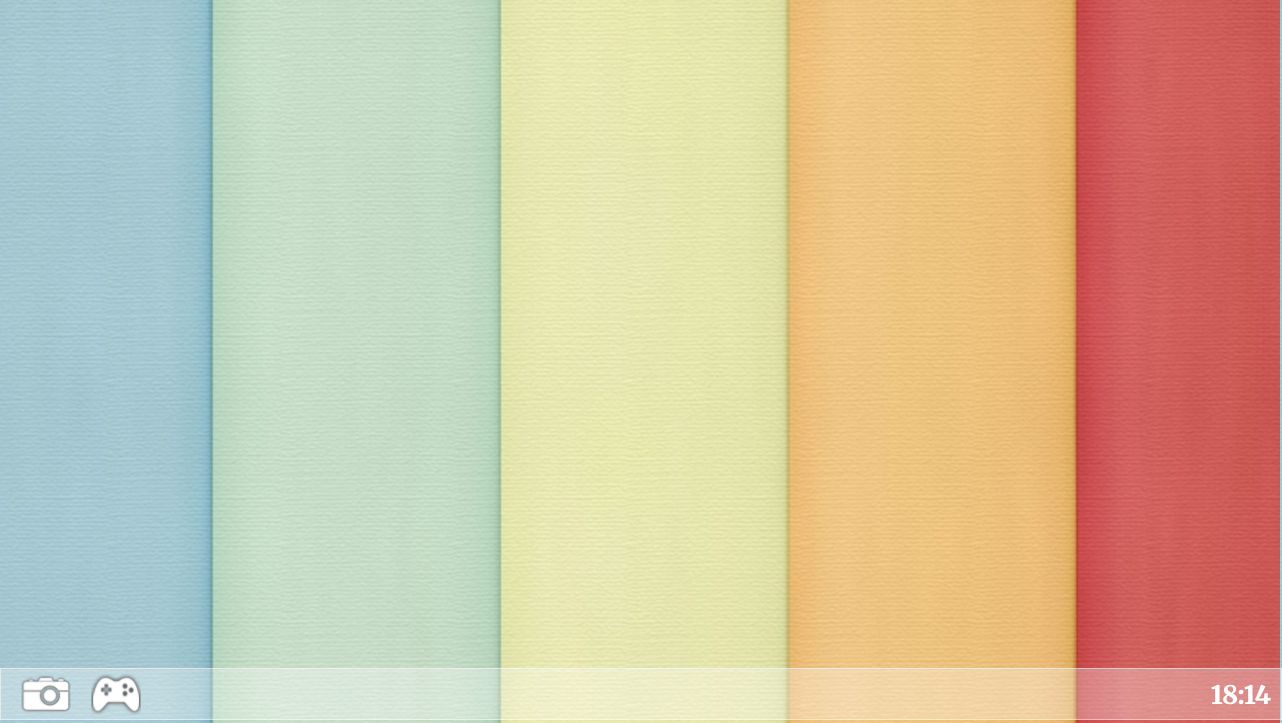
Repository: RebeccaFransson/1dv403-laborationer
Page: 5-pwd/desktop.html
The author's editor kept a record of every edit. The page is drawn from the files as they stood at one moment, then again after the next edit.
The browser window is 1280 px wide. The page is 1282 px wide, so the pictures cover 1282 px, including what lies to the right of the window. The pictures show the whole page.
Some web fonts or font styles are not loaded; a fallback is used.

Above is the page before.

After the next edit:
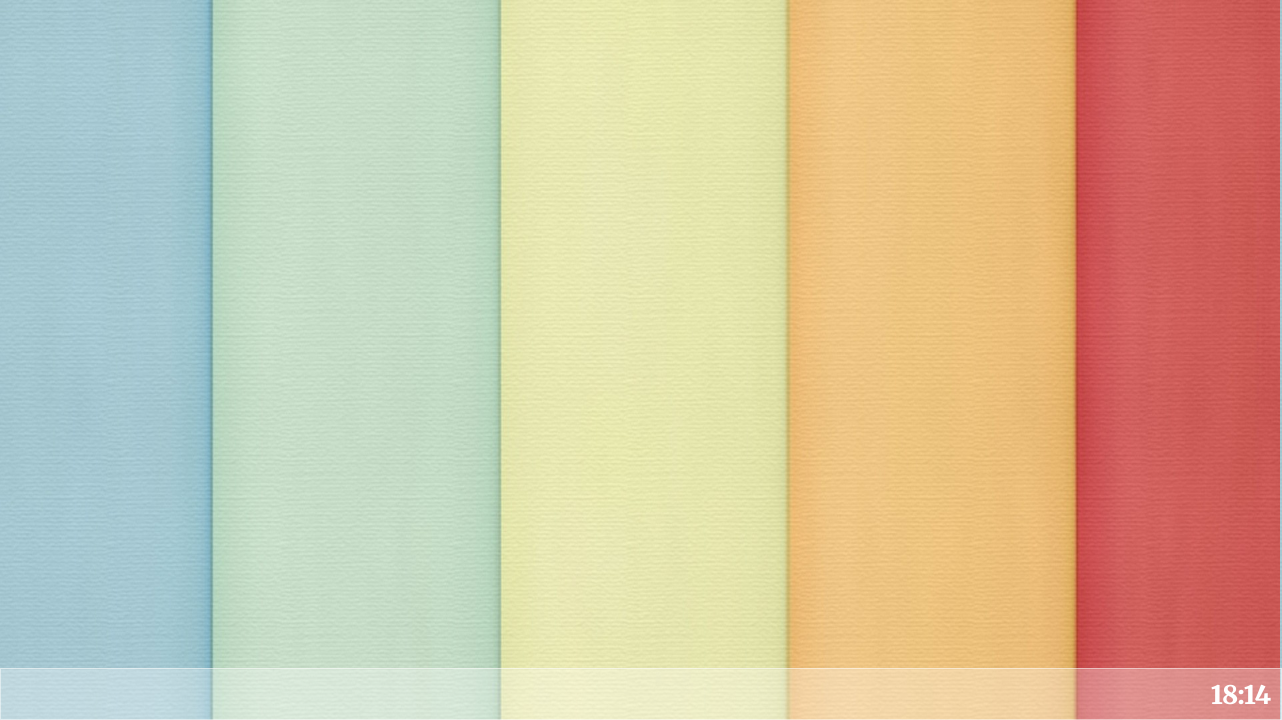
Console error: TypeError: Cannot read properties of undefined (reading 'querySelector')
The edit:
--- a/5-pwd/script/Desktop.js
+++ b/5-pwd/script/Desktop.js
@@ -18,6 +18,7 @@
     aSpan.setAttribute('title', namn);
     a.setAttribute('href', '#');
     a.setAttribute('class', 'tooltip');
+    a.
     document.querySelector('#meny').appendChild(a);
     a.appendChild(img);
     a.appendChild(aSpan);
